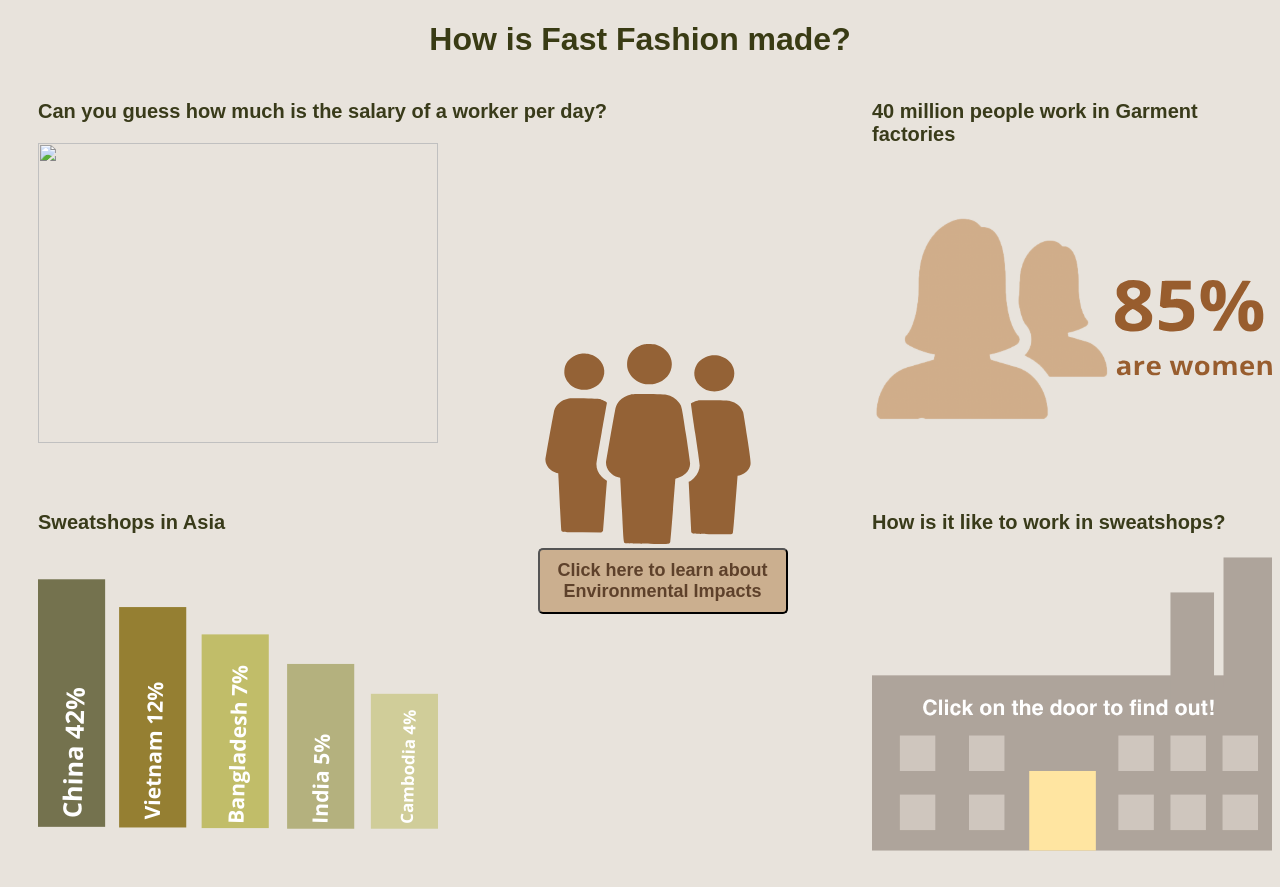
Repository: DevOfHockey/mdia-2190-midterm
Page: fashionlabor.html
An editor plug-in stored every save of this project. The page is shown before and after the next save, followed by the edit.
The browser window is 1280 px wide. The pictures show the whole page.

Above is the page before, as saved 2022-03-06 22:23:40.

After the next save:
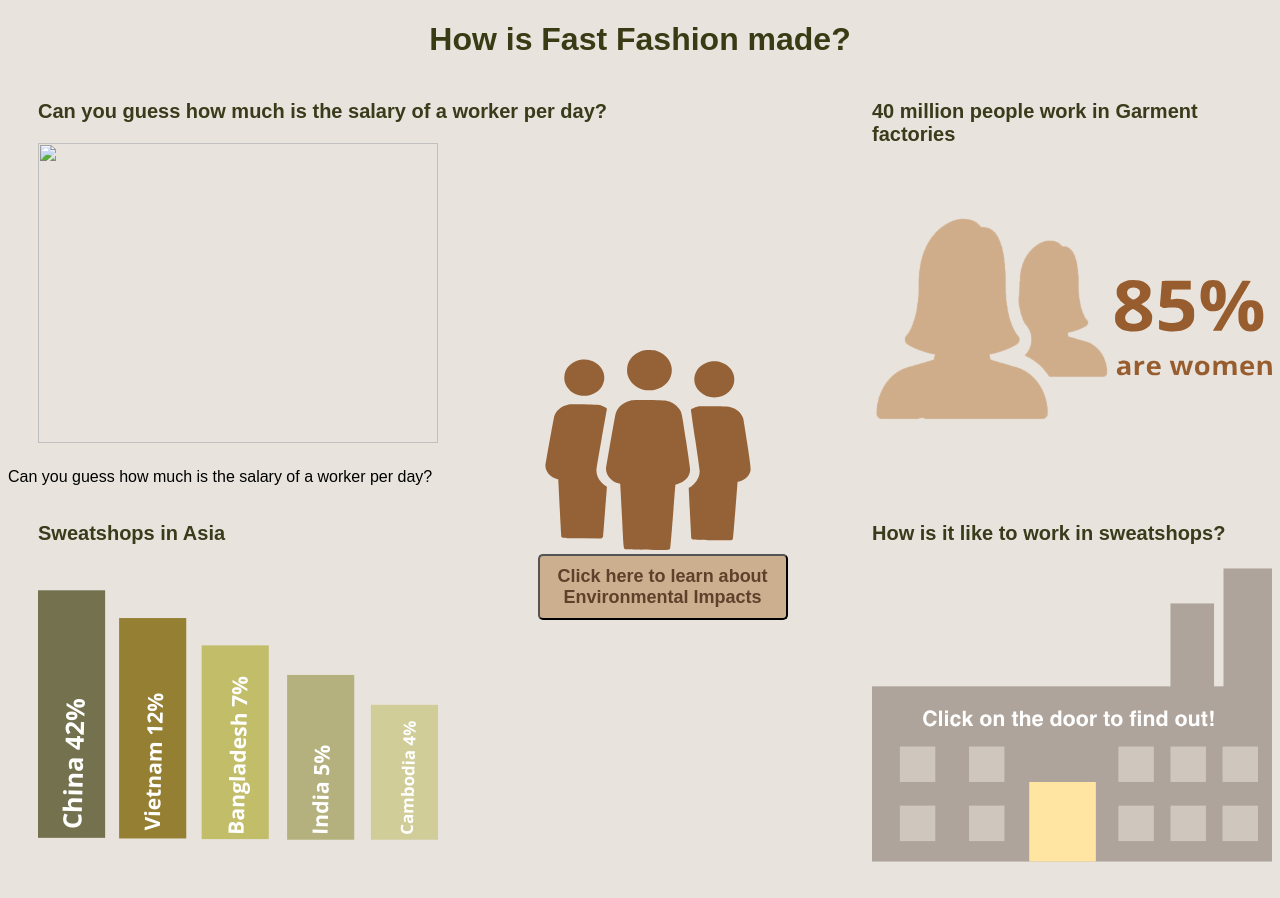
Saved 2 min 54 s later.
--- a/fashionlabor.html
+++ b/fashionlabor.html
@@ -26,6 +26,7 @@
           name="Can you guess how much is the salary of a worker per day?"
           img="/imgs/2dollar.svg">
         </the-info>
+        <p>Can you guess how much is the salary of a worker per day?</p>
       </div>
 
       <div class="asia">
